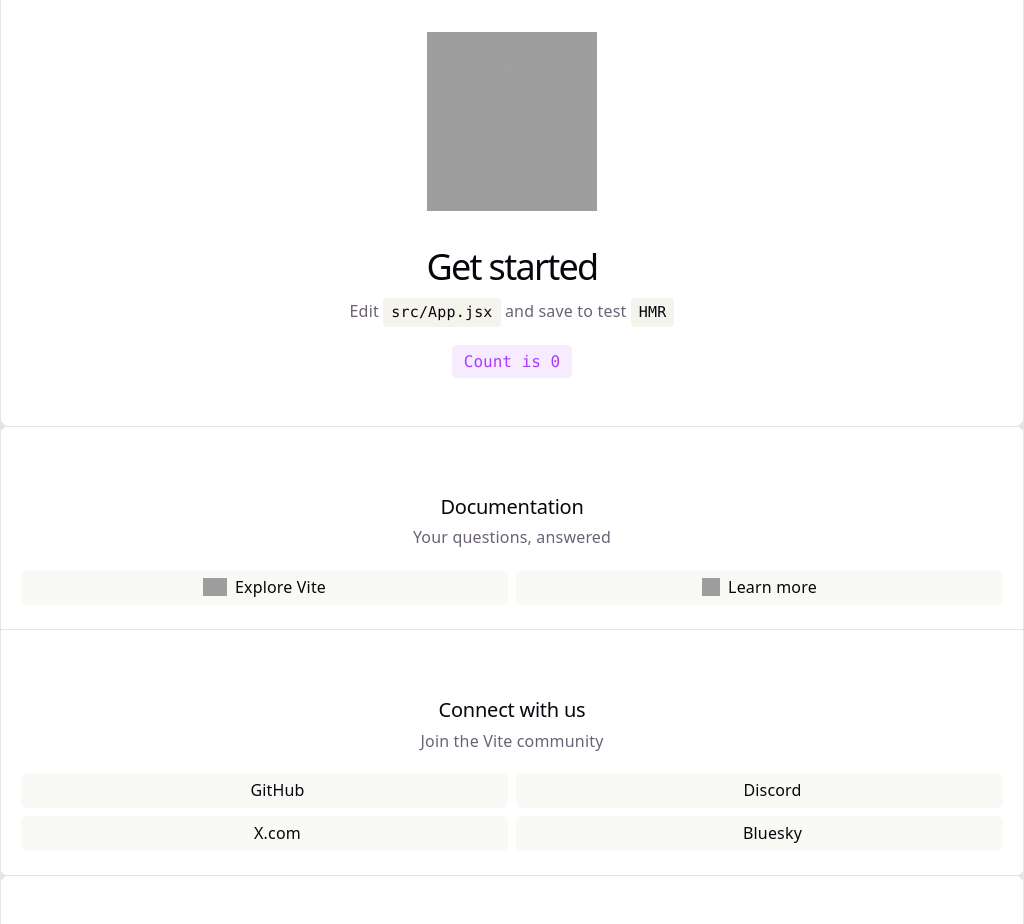
Repository: Ranjit-Santosh-Bhogil/ExpenceTracker
Page: / (app in frontend/)
An editor plug-in stored every save of this project. The page is shown before and after the next save, followed by the edit.
The browser window is 1024 px wide. The pictures show the whole page.
Pictures or frames that could not be fetched are drawn as grey boxes. The project was rebuilt for these pictures with package versions that can differ from the ones it lists, and the page was loaded fresh each time. Also part of the build but not shown: frontend/vite.config.js.

Above is the page before, as saved 2026-07-30 15:58:44.

### frontend/src/index.css
:root {
  --text: #6b6375;
  --text-h: #08060d;
  --bg: #fff;
  --border: #e5e4e7;
  --code-bg: #f4f3ec;
  --accent: #aa3bff;
  --accent-bg: rgba(170, 59, 255, 0.1);
  --accent-border: rgba(170, 59, 255, 0.5);
  --social-bg: rgba(244, 243, 236, 0.5);
  --shadow:
    rgba(0, 0, 0, 0.1) 0 10px 15px -3px, rgba(0, 0, 0, 0.05) 0 4px 6px -2px;

  --sans: system-ui, 'Segoe UI', Roboto, sans-serif;
  --heading: system-ui, 'Segoe UI', Roboto, sans-serif;
  --mono: ui-monospace, Consolas, monospace;

  font: 18px/145% var(--sans);
  letter-spacing: 0.18px;
  color-scheme: light dark;
  color: var(--text);
  background: var(--bg);
  font-synthesis: none;
  text-rendering: optimizeLegibility;
  -webkit-font-smoothing: antialiased;
  -moz-osx-font-smoothing: grayscale;

  @media (max-width: 1024px) {
    font-size: 16px;
  }
}

@media (prefers-color-scheme: dark) {
  :root {
    --text: #9ca3af;
    --text-h: #f3f4f6;
    --bg: #16171d;
    --border: #2e303a;
    --code-bg: #1f2028;
    --accent: #c084fc;
    --accent-bg: rgba(192, 132, 252, 0.15);
    --accent-border: rgba(192, 132, 252, 0.5);
    --social-bg: rgba(47, 48, 58, 0.5);
    --shadow:
      rgba(0, 0, 0, 0.4) 0 10px 15px -3px, rgba(0, 0, 0, 0.25) 0 4px 6px -2px;
  }

  #social .button-icon {
    filter: invert(1) brightness(2);
  }
}

body {
  margin: 0;
}

#root {
  width: 1126px;
  max-width: 100%;
  margin: 0 auto;
  text-align: center;
  border-inline: 1px solid var(--border);
  min-height: 100svh;
  display: flex;
  flex-direction: column;
  box-sizing: border-box;
}

h1,
h2 {
  font-family: var(--heading);
  font-weight: 500;
  color: var(--text-h);
}

h1 {
  font-size: 56px;
  letter-spacing: -1.68px;
  margin: 32px 0;
  @media (max-width: 1024px) {
    font-size: 36px;
    margin: 20px 0;
  }
}
h2 {
  font-size: 24px;
  line-height: 118%;
  letter-spacing: -0.24px;
  margin: 0 0 8px;
  @media (max-width: 1024px) {
    font-size: 20px;
  }
}
p {
  margin: 0;
}

code,
.counter {
  font-family: var(--mono);
  display: inline-flex;
  border-radius: 4px;
  color: var(--text-h);
}

code {
  font-size: 15px;
  line-height: 135%;
  padding: 4px 8px;
  background: var(--code-bg);
}

### frontend/src/App.jsx
import { useState } from 'react'
import reactLogo from './assets/react.svg'
import viteLogo from './assets/vite.svg'
import heroImg from './assets/hero.png'
import './App.css'

function App() {
  const [count, setCount] = useState(0)

  return (
    <>
      <section id="center">
        <div className="hero">
          <img src={heroImg} className="base" width="170" height="179" alt="" />
          <img src={reactLogo} className="framework" alt="React logo" />
          <img src={viteLogo} className="vite" alt="Vite logo" />
        </div>
        <div>
          <h1>Get started</h1>
          <p>
            Edit <code>src/App.jsx</code> and save to test <code>HMR</code>
          </p>
        </div>
        <button
          type="button"
          className="counter"
          onClick={() => setCount((count) => count + 1)}
        >
          Count is {count}
        </button>
      </section>

      <div className="ticks"></div>

      <section id="next-steps">
        <div id="docs">
          <svg className="icon" role="presentation" aria-hidden="true">
            <use href="/icons.svg#documentation-icon"></use>
          </svg>
          <h2>Documentation</h2>
          <p>Your questions, answered</p>
          <ul>
            <li>
              <a href="https://vite.dev/" target="_blank">
                <img className="logo" src={viteLogo} alt="" />
                Explore Vite
              </a>
            </li>
            <li>
              <a href="https://react.dev/" target="_blank">
                <img className="button-icon" src={reactLogo} alt="" />
                Learn more
              </a>
            </li>
          </ul>
        </div>
        <div id="social">
          <svg className="icon" role="presentation" aria-hidden="true">
            <use href="/icons.svg#social-icon"></use>
          </svg>
          <h2>Connect with us</h2>
          <p>Join the Vite community</p>
          <ul>
            <li>
              <a href="https://github.com/vitejs/vite" target="_blank">
                <svg
                  className="button-icon"
                  role="presentation"
                  aria-hidden="true"
                >
                  <use href="/icons.svg#github-icon"></use>
                </svg>
                GitHub
              </a>
            </li>
            <li>
              <a href="https://chat.vite.dev/" target="_blank">
                <svg
                  className="button-icon"
                  role="presentation"
                  aria-hidden="true"
                >
                  <use href="/icons.svg#discord-icon"></use>
                </svg>
                Discord
              </a>
            </li>
            <li>
              <a href="https://x.com/vite_js" target="_blank">
                <svg
                  className="button-icon"
                  role="presentation"
                  aria-hidden="true"
                >
                  <use href="/icons.svg#x-icon"></use>
                </svg>
                X.com
              </a>
            </li>
            <li>
              <a href="https://bsky.app/profile/vite.dev" target="_blank">
                <svg
                  className="button-icon"
                  role="presentation"
                  aria-hidden="true"
                >
                  <use href="/icons.svg#bluesky-icon"></use>
                </svg>
                Bluesky
              </a>
            </li>
          </ul>
        </div>
      </section>

      <div className="ticks"></div>
      <section id="spacer"></section>
    </>
  )
}

export default App

### frontend/src/App.css
.counter {
  font-size: 16px;
  padding: 5px 10px;
  border-radius: 5px;
  color: var(--accent);
  background: var(--accent-bg);
  border: 2px solid transparent;
  transition: border-color 0.3s;
  margin-bottom: 24px;

  &:hover {
    border-color: var(--accent-border);
  }
  &:focus-visible {
    outline: 2px solid var(--accent);
    outline-offset: 2px;
  }
}

.hero {
  position: relative;

  .base,
  .framework,
  .vite {
    inset-inline: 0;
    margin: 0 auto;
  }

  .base {
    width: 170px;
    position: relative;
    z-index: 0;
  }

  .framework,
  .vite {
    position: absolute;
  }

  .framework {
    z-index: 1;
    top: 34px;
    height: 28px;
    transform: perspective(2000px) rotateZ(300deg) rotateX(44deg) rotateY(39deg)
      scale(1.4);
  }

  .vite {
    z-index: 0;
    top: 107px;
    height: 26px;
    width: auto;
    transform: perspective(2000px) rotateZ(300deg) rotateX(40deg) rotateY(39deg)
      scale(0.8);
  }
}

#center {
  display: flex;
  flex-direction: column;
  gap: 25px;
  place-content: center;
  place-items: center;
  flex-grow: 1;

  @media (max-width: 1024px) {
    padding: 32px 20px 24px;
    gap: 18px;
  }
}

#next-steps {
  display: flex;
  border-top: 1px solid var(--border);
  text-align: left;

  & > div {
    flex: 1 1 0;
    padding: 32px;
    @media (max-width: 1024px) {
      padding: 24px 20px;
    }
  }

  .icon {
    margin-bottom: 16px;
    width: 22px;
    height: 22px;
  }

  @media (max-width: 1024px) {
    flex-direction: column;
    text-align: center;
  }
}

#docs {
  border-right: 1px solid var(--border);

  @media (max-width: 1024px) {
    border-right: none;
    border-bottom: 1px solid var(--border);
  }
}

#next-steps ul {
  list-style: none;
  padding: 0;
  display: flex;
  gap: 8px;
  margin: 32px 0 0;

  .logo {
    height: 18px;
  }

  a {
    color: var(--text-h);
    font-size: 16px;
    border-radius: 6px;
    background: var(--social-bg);
    display: flex;
    padding: 6px 12px;
    align-items: center;
    gap: 8px;
    text-decoration: none;
    transition: box-shadow 0.3s;

    &:hover {
      box-shadow: var(--shadow);
    }
    .button-icon {
      height: 18px;
      width: 18px;
    }
  }

  @media (max-width: 1024px) {
    margin-top: 20px;
    flex-wrap: wrap;
    justify-content: center;

    li {
      flex: 1 1 calc(50% - 8px);
    }

    a {
      width: 100%;
      justify-content: center;
      box-sizing: border-box;
    }
  }
}

#spacer {
  height: 88px;
  border-top: 1px solid var(--border);
  @media (max-width: 1024px) {
    height: 48px;
  }
}

.ticks {
  position: relative;
  width: 100%;

  &::before,
  &::after {
    content: '';
    position: absolute;
    top: -4.5px;
    border: 5px solid transparent;
  }

  &::before {
    left: 0;
    border-left-color: var(--border);
  }
  &::after {
    right: 0;
    border-right-color: var(--border);
  }
}

Loaded but not shown: frontend/src/main.jsx (common file)

After the next save:
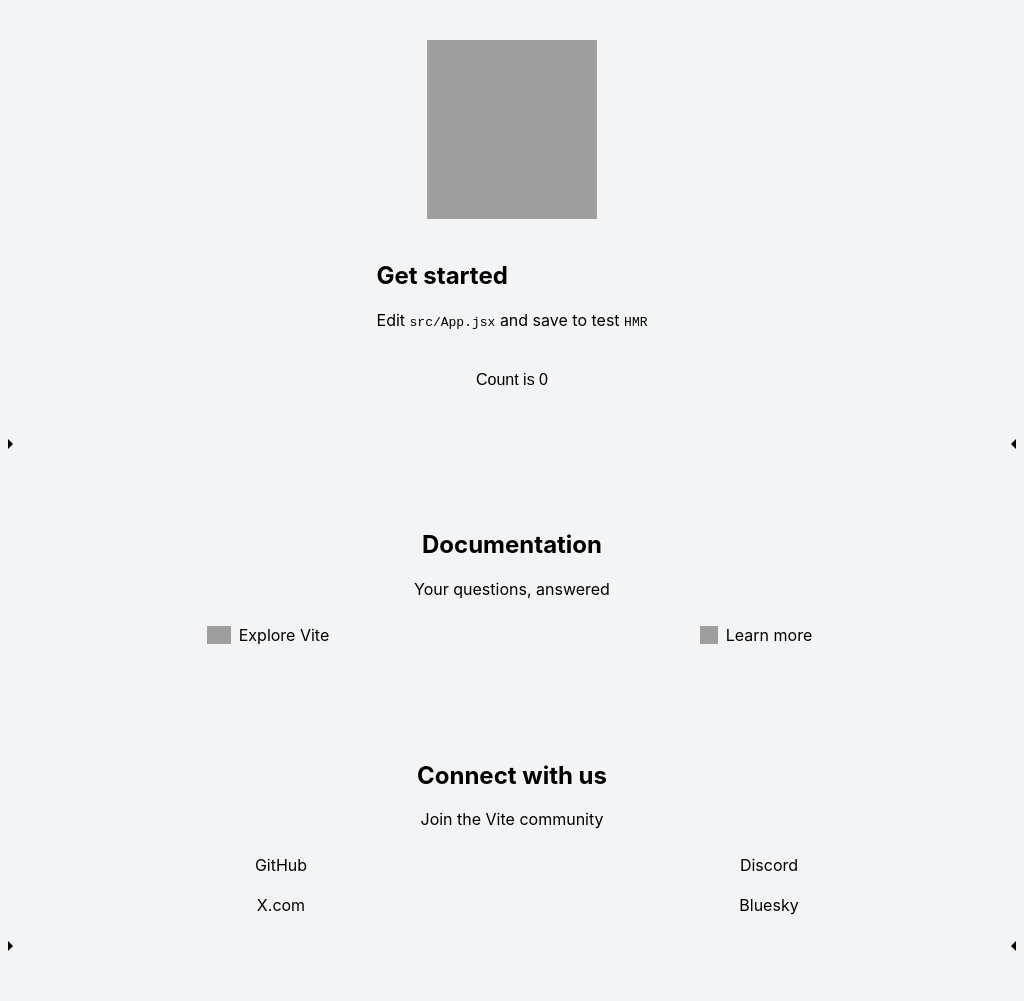
Saved 77 s later.
--- a/frontend/src/index.css
+++ b/frontend/src/index.css
@@ -1,111 +1,16 @@
-:root {
-  --text: #6b6375;
-  --text-h: #08060d;
-  --bg: #fff;
-  --border: #e5e4e7;
-  --code-bg: #f4f3ec;
-  --accent: #aa3bff;
-  --accent-bg: rgba(170, 59, 255, 0.1);
-  --accent-border: rgba(170, 59, 255, 0.5);
-  --social-bg: rgba(244, 243, 236, 0.5);
-  --shadow:
-    rgba(0, 0, 0, 0.1) 0 10px 15px -3px, rgba(0, 0, 0, 0.05) 0 4px 6px -2px;
+/* frontend/src/index.css */
 
-  --sans: system-ui, 'Segoe UI', Roboto, sans-serif;
-  --heading: system-ui, 'Segoe UI', Roboto, sans-serif;
-  --mono: ui-monospace, Consolas, monospace;
+/* Tailwind's base styles — resets browser defaults and provides a consistent foundation */
+@tailwind base;
 
-  font: 18px/145% var(--sans);
-  letter-spacing: 0.18px;
-  color-scheme: light dark;
-  color: var(--text);
-  background: var(--bg);
-  font-synthesis: none;
-  text-rendering: optimizeLegibility;
-  -webkit-font-smoothing: antialiased;
-  -moz-osx-font-smoothing: grayscale;
+/* Tailwind's component utilities — pre-built component classes */
+@tailwind components;
 
-  @media (max-width: 1024px) {
-    font-size: 16px;
-  }
+/* Tailwind's utility classes — the bread and butter: flex, p-4, text-blue-500, etc. */
+@tailwind utilities;
+
+/* Custom global styles */
+body {
+  background-color: #f3f4f6; /* Tailwind's gray-100 */
+  font-family: 'Inter', system-ui, -apple-system, sans-serif;
 }
-
-@media (prefers-color-scheme: dark) {
-  :root {
-    --text: #9ca3af;
-    --text-h: #f3f4f6;
-    --bg: #16171d;
-    --border: #2e303a;
-    --code-bg: #1f2028;
-    --accent: #c084fc;
-    --accent-bg: rgba(192, 132, 252, 0.15);
-    --accent-border: rgba(192, 132, 252, 0.5);
-    --social-bg: rgba(47, 48, 58, 0.5);
-    --shadow:
-      rgba(0, 0, 0, 0.4) 0 10px 15px -3px, rgba(0, 0, 0, 0.25) 0 4px 6px -2px;
-  }
-
-  #social .button-icon {
-    filter: invert(1) brightness(2);
-  }
-}
-
-body {
-  margin: 0;
-}
-
-#root {
-  width: 1126px;
-  max-width: 100%;
-  margin: 0 auto;
-  text-align: center;
-  border-inline: 1px solid var(--border);
-  min-height: 100svh;
-  display: flex;
-  flex-direction: column;
-  box-sizing: border-box;
-}
-
-h1,
-h2 {
-  font-family: var(--heading);
-  font-weight: 500;
-  color: var(--text-h);
-}
-
-h1 {
-  font-size: 56px;
-  letter-spacing: -1.68px;
-  margin: 32px 0;
-  @media (max-width: 1024px) {
-    font-size: 36px;
-    margin: 20px 0;
-  }
-}
-h2 {
-  font-size: 24px;
-  line-height: 118%;
-  letter-spacing: -0.24px;
-  margin: 0 0 8px;
-  @media (max-width: 1024px) {
-    font-size: 20px;
-  }
-}
-p {
-  margin: 0;
-}
-
-code,
-.counter {
-  font-family: var(--mono);
-  display: inline-flex;
-  border-radius: 4px;
-  color: var(--text-h);
-}
-
-code {
-  font-size: 15px;
-  line-height: 135%;
-  padding: 4px 8px;
-  background: var(--code-bg);
-}
